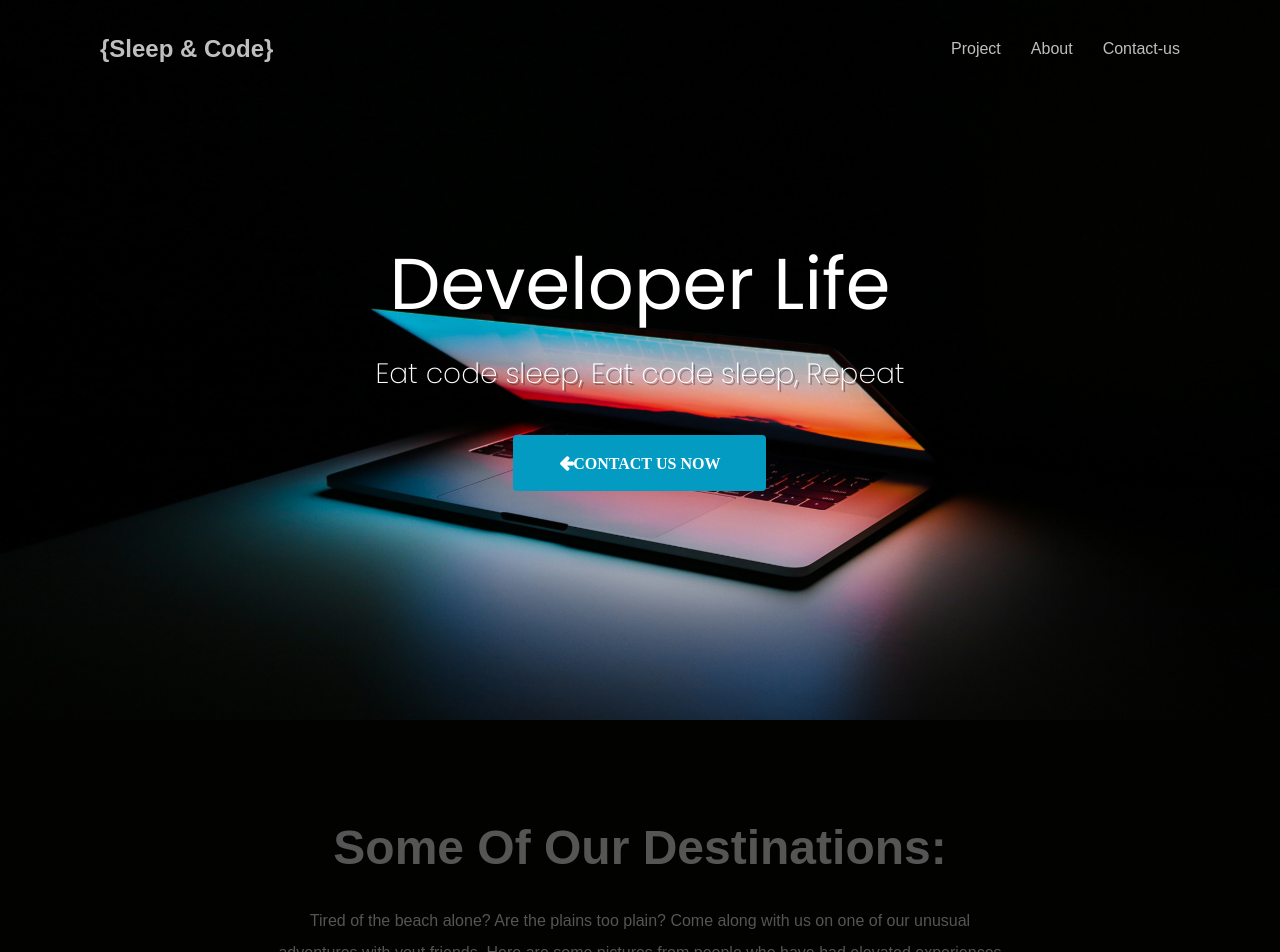
Repository: Samkiroko/Techcamp-html
Page: index.html
These files come from the project's save history. The page is drawn as it stood at one moment and after the next save; the edit follows.
The browser window is 1280 px wide. The pictures show the part of the page from y = 0 to 952 px (the page is 4704 px tall).

Above is the page before, as saved 2021-08-05 16:42:32.
Not found: assets/css/styles.css

### index.html
<!DOCTYPE html>
<html lang="en">

<head>
    <meta charset="UTF-8">
    <title>Tech Camp start-up</title>
    <link rel="stylesheet" href="./style.css">

</head>


<!-- partial:index.partial.html -->
<link rel="preconnect" href="https://fonts.googleapis.com">
<link rel="preconnect" href="https://fonts.gstatic.com" crossorigin>
<link href="https://fonts.googleapis.com/css2?family=Poppins:wght@200;400;600&display=swap" rel="stylesheet">
<link rel="stylesheet" href="https://maxcdn.bootstrapcdn.com/font-awesome/4.7.0/css/font-awesome.min.css">
<link rel="stylesheet" href="assets/css/styles.css">
</head>


<!-- Forked from a template on Tutorialzine: https://tutorialzine.com/2016/06/freebie-landing-page-template-with-flexbox -->
<header>
    <h2><a href="#">{Sleep & Code}</a></h2>
    <nav>
        <li><a href="#">Project</a></li>
        <li><a href="#">About</a></li>
        <li><a href="#">Contact-us</a></li>
    </nav>
</header>

<section class="hero">
    <div class="background-image"></div>
    <div class="hero-content-area">
        <h1>Developer Life</h1>
        <h3>Eat code sleep, Eat code sleep, Repeat</h3>
        <a href="#" class="btn fa fa-arrow-left">Contact Us Now</a>
    </div>
</section>

<section class="destinations">
    <h3 class="title">Some of our destinations:</h3>
    <p>Tired of the beach alone? Are the plains too plain? Come along with us on one of our unusual adventures with yout friends. Here are some pictures from people who have had elevated experiences with us.</p>
    <hr>

    <ul class="grid">
        <li class="small image-1"></li>
        <li class="large image-2"></li>
        <li class="large image-3"></li>
        <li class="small image-4"></li>
    </ul>
</section>

<section class="packages">
    <h3 class="title">Tour Packages</h3>
    <p>We offer a variety of group (minimum 5 people) packages. Whether you've spent some summers together or this might be your first adventure, we've got the perfect vacation for you.</p>
    <hr>

    <ul class="grid">
        <li>
            <i class="fa fa-compass fa-4x"></i>
            <h4>Guided Trips</h4>
            <p>Looking for the complete experience? Take a tour with one of our experts. They'll show you secrets that you're likely to miss otherwise.</p>
        </li>
        <li>
            <i class="fa fa-camera-retro fa-4x"></i>
            <h4>Photo Trips</h4>
            <p>Want to experience nature's beauty without all of that annoying exercise? Take a photo tour on one of our <em>Life is a party!</em> buses.</p>
        </li>
        <li>
            <i class="fa fa-bicycle fa-4x"></i>
            <h4>Biking Trips</h4>
            <p>If bicycles are more your speed, consider taking a tour through one of our mountain or city bike paths. We'll provide the bikes, and lunch too!</p>
        </li>
        <li>
            <i class="fa fa-flag-checkered fa-4x"></i>
            <h4>Racing Trips</h4>
            <p>Got a competitive spirit? Sign up for one of our challenge-based marathons! Try to reach the summit before any other group.</p>
        </li>
    </ul>
</section>

<section class="testimonials">
    <h3 class="title">Testimonials from our adventurers:</h3>
    <hr>
    <p class="quote">Wow! This tour made me realize how much I love being outside with my friends. After going on one of these tours, I can safely say that beer pong is my favorite game all time, also the cultural programs were really interesting!</p>
    <p class="author">- Albert Herter</p>
    <p class="quote">Wow, this really blew my mind. We had so much fun at the beach, and also some hidden secrets revealed. Come on, I'm living in this city for 5 years. Amazing!</p>
    <p class="author">- Sharon Rosenberg</p>
    <p class="quote">If you want to understand your friends better, head to the mountains. I mean, seriously. It's like sitting next to a campfire and just talk in the sunset, woah. You know? It's like that.</p>
    <p class="author">- Luis Mendoza</p>
</section>

<section class="contact">
    <h3 class="title">Learn more</h3>
    <p>Want to know about our upcoming events, or come to one of our mixers? Just sign up for our mailing list. No spam from us, we promise! Except for the spam we give you to keep up your energy while you're having fun with your friends. Have a blast! We
        have tons of that.</p>
    <hr>
    <form>
        <input type="email" placeholder="Email">
        <a href="#" class="btn">Subscribe now</a>
    </form>
</section>

<footer>
    <p>Images courtesy of <a href="http://unsplash.com/">unsplash</a>.</p>
    <p>Why are you even reading this?! There's never anything interesting in the footer!</p>
    <ul>
        <li><a href="#"><i class="fa fa-twitter-square fa-2x"></i></a></li>
        <li><a href="#"><i class="fa fa-facebook-square fa-2x"></i></a></li>
        <li><a href="#"><i class="fa fa-snapchat-square fa-2x"></i></a></li>
    </ul>
</footer>
<!-- partial -->

</body>

</html>

### style.css
/*General Styles*/

* {
    margin: 0;
    padding: 0;
    box-sizing: border-box;
}

body {
    background: #020200;
}

html {
    font-size: 16px;
    font-family: 'Raleway', sans-serif;
    color: #555;
}

ul,
nav {
    list-style: none;
}

a {
    text-decoration: none;
    opacity: 0.75;
    color: #fff;
}

a:hover {
    opacity: 1;
}

a.btn {
    border-radius: 4px;
    text-transform: uppercase;
    font-weight: bold;
    text-align: center;
    background-color: #039bc2;
    opacity: 1;
    transition: all 400ms;
}

a.btn:hover {
    background-color: #ce5856;
}

section {
    display: flex;
    flex-direction: column;
    align-items: center;
    padding: 100px 80px;
}

section:not(.hero):nth-child(even) {
    background-color: #f5f5f5;
}

.grid {
    width: 100%;
    display: flex;
    flex-wrap: wrap;
    justify-content: center;
}

hr {
    width: 250px;
    height: 3px;
    background-color: #039bc2;
    border: 0;
    margin-bottom: 50px;
}


/*
.image-1 {
    background-image: url('https://images.unsplash.com/photo-1505852903341-fc8d3db10436?ixlib=rb-0.3.5&q=80&fm=jpg&crop=entropy&cs=tinysrgb&w=1600&h=900&fit=crop&s=e2f72e62d5f4f04256dd9305d5f51f3c');
}

.image-2 {
    background-image: url('https://images.unsplash.com/photo-1475483768296-6163e08872a1?ixlib=rb-0.3.5&q=80&fm=jpg&crop=entropy&cs=tinysrgb&w=1600&h=900&fit=crop&s=20b3b1c3caef8c619ac3c75c07a7eafb');
}

.image-3 {
    background-image: url('https://images.unsplash.com/photo-1490576198307-6ff97609a0cc?ixlib=rb-0.3.5&q=80&fm=jpg&crop=entropy&cs=tinysrgb&w=1600&h=900&fit=crop&s=a0dbd168637edc2cfdac3715ab23d519');
}

.image-4 {
    background-image: url('https://images.unsplash.com/photo-1505483531331-fc3cf89fd382?ixlib=rb-0.3.5&q=80&fm=jpg&crop=entropy&cs=tinysrgb&w=1600&h=900&fit=crop&s=4f305bbc0243f81f1bf6053a62d76297');
} */

section h3.title {
    text-transform: capitalize;
    font: bold 48px 'Amatic SC', sans-serif;
    margin-bottom: 30px;
    text-align: center;
}

section p {
    max-width: 775px;
    line-height: 2;
    padding: 0 20px;
    margin-bottom: 30px;
    text-align: center;
}

@media (max-width: 800px) {
    section {
        padding: 50px 20px;
    }
}


/*Header Styles*/

header {
    position: absolute;
    width: 100%;
    display: flex;
    justify-content: space-between;
    align-items: center;
    padding: 35px 100px 0;
    animation: 1s fadein 0.5s forwards;
    opacity: 0;
    color: #fff;
    z-index: 2;
}

@keyframes fadein {
    100% {
        opacity: 1;
    }
}

header h2 {
    font-family: 'Amatic SC', sans-serif;
}

header nav {
    display: flex;
    margin-right: -15px;
}

header nav li {
    margin: 0 15px;
}

@media (max-width: 800px) {
    header {
        padding: 20px 50px;
        flex-direction: column;
    }
    header h2 {
        margin-bottom: 15px;
    }
}


/*Hero Styles*/

.hero {
    position: relative;
    justify-content: center;
    text-align: center;
    min-height: 100vh;
    color: #fff;
}

.hero .background-image {
    position: absolute;
    top: 0;
    left: 0;
    width: 100%;
    height: 100%;
    background-image: url('img/hp.jpg');
    background-size: cover;
    z-index: -1;
    background-color: #80a3db;
}

.hero h1 {
    font: 72px 'Amatic SC', sans-serif;
    text-shadow: 2px 2px rgba(0, 0, 0, 0.3);
    margin-bottom: 15px;
}

.hero h3 {
    font: 28px 'Raleway', sans-serif;
    font-weight: 300;
    text-shadow: 2px 2px rgba(0, 0, 0, 0.3);
    margin-bottom: 40px;
}

.hero a.btn {
    padding: 20px 46px;
}

.hero-content-area {
    opacity: 0;
    margin-top: 100px;
    animation: 1s slidefade 1s forwards;
}

@keyframes slidefade {
    100% {
        opacity: 1;
        margin: 0;
    }
}

@media (max-width: 800px) {
    .hero {
        min-height: 600px;
    }
    .hero h1 {
        font-size: 48px;
    }
    .hero h3 {
        font-size: 24px;
    }
    .hero a.btn {
        padding: 15px 40px;
    }
}


/*Destinations Section*/

.destinations .grid li {
    height: 350px;
    padding: 20px;
    background-clip: content-box;
    background-size: cover;
    background-position: center;
}

.destinations .grid li.small {
    flex-basis: 30%;
}

.destinations .grid li.large {
    flex-basis: 70%;
}

@media (max-width: 1100px) {
    .destinations .grid li.small,
    .destinations .grid li.large {
        flex-basis: 50%;
    }
}

@media (max-width: 800px) {
    .destinations .grid li.small,
    .destinations .grid li.large {
        flex-basis: 100%;
    }
}


/*Packages Section*/

.packages .grid li {
    padding: 50px;
    flex-basis: 50%;
    text-align: center;
}

.packages .grid li i {
    color: #039bc2;
}

.packages .grid li h4 {
    font-size: 30px;
    margin: 25px 0;
}

@media (max-width: 800px) {
    .packages .grid li {
        flex-basis: 100%;
        padding: 20px;
    }
}


/*Testimonials Section*/

.testimonials .quote {
    font-size: 22px;
    font-weight: 300;
    line-height: 1.5;
    margin: 40px 0 25px;
}

@media (max-width: 800px) {
    .testimonials .quote {
        font-size: 18px;
        margin: 15px 0;
    }
    .testimonials .author {
        font-size: 14px;
    }
}


/*Contact Section*/

.contact form {
    display: flex;
    align-items: center;
    justify-content: center;
    flex-wrap: wrap;
    width: 60%;
}

.contact form .btn {
    padding: 18px 42px;
}

.contact form input {
    padding: 15px;
    margin-right: 30px;
    font-size: 18px;
    color: #555;
    flex: 1;
}

@media (max-width: 1000px) {
    .contact form input {
        flex-basis: 100%;
        margin: 0 0 20px 0;
    }
}


/*Footer Section*/

footer {
    display: flex;
    align-items: center;
    justify-content: space-around;
    background-color: #555;
    color: #fff;
    padding: 20px 0;
}

footer ul {
    display: flex;
}

footer ul li {
    margin-left: 16px;
}

footer p {
    text-transform: uppercase;
    font-size: 14px;
    opacity: 0.6;
    align-self: center;
}

@media (max-width: 1100px) {
    footer {
        flex-direction: column;
    }
    footer p {
        text-align: center;
        margin-bottom: 20px;
    }
    footer ul li {
        margin: 0 8px;
    }
}


/*General Styles*/

* {
    margin: 0;
    padding: 0;
    box-sizing: border-box;
}

html {
    font-size: 16px;
    font-family: 'Raleway', sans-serif;
    color: #555;
}

ul,
nav {
    list-style: none;
}

a {
    text-decoration: none;
    opacity: 0.75;
    color: #fff;
}

a:hover {
    opacity: 1;
}

a.btn {
    border-radius: 4px;
    text-transform: uppercase;
    font-weight: bold;
    text-align: center;
    background-color: #039bc2;
    opacity: 1;
    transition: all 400ms;
}

a.btn:hover {
    background-color: #ce5856;
}

section {
    display: flex;
    flex-direction: column;
    align-items: center;
    padding: 100px 80px;
}

section:not(.hero):nth-child(even) {
    background-color: #f5f5f5;
}

.grid {
    width: 100%;
    display: flex;
    flex-wrap: wrap;
    justify-content: center;
}

hr {
    width: 250px;
    height: 3px;
    background-color: #039bc2;
    border: 0;
    margin-bottom: 50px;
}

.image-1 {
    background-image: url('https://images.unsplash.com/photo-1505852903341-fc8d3db10436?ixlib=rb-0.3.5&q=80&fm=jpg&crop=entropy&cs=tinysrgb&w=1600&h=900&fit=crop&s=e2f72e62d5f4f04256dd9305d5f51f3c');
}

.image-2 {
    background-image: url('https://images.unsplash.com/photo-1475483768296-6163e08872a1?ixlib=rb-0.3.5&q=80&fm=jpg&crop=entropy&cs=tinysrgb&w=1600&h=900&fit=crop&s=20b3b1c3caef8c619ac3c75c07a7eafb');
}

.image-3 {
    background-image: url('https://images.unsplash.com/photo-1490576198307-6ff97609a0cc?ixlib=rb-0.3.5&q=80&fm=jpg&crop=entropy&cs=tinysrgb&w=1600&h=900&fit=crop&s=a0dbd168637edc2cfdac3715ab23d519');
}

.image-4 {
    background-image: url('https://images.unsplash.com/photo-1505483531331-fc3cf89fd382?ixlib=rb-0.3.5&q=80&fm=jpg&crop=entropy&cs=tinysrgb&w=1600&h=900&fit=crop&s=4f305bbc0243f81f1bf6053a62d76297');
}

section h3.title {
    text-transform: capitalize;
    font: bold 48px 'Amatic SC', sans-serif;
    margin-bottom: 30px;
    text-align: center;
}

section p {
    max-width: 775px;
    line-height: 2;
    padding: 0 20px;
    margin-bottom: 30px;
    text-align: center;
}

@media (max-width: 800px) {
    section {
        padding: 50px 20px;
    }
}


/*Header Styles*/

header {
    position: absolute;
    width: 100%;
    display: flex;
    justify-content: space-between;
    align-items: center;
    padding: 35px 100px 0;
    animation: 1s fadein 0.5s forwards;
    opacity: 0;
    color: #fff;
    z-index: 2;
}

@keyframes fadein {
    100% {
        opacity: 1;
    }
}

header h2 {
    font-family: 'Amatic SC', sans-serif;
}

header nav {
    display: flex;
    margin-right: -15px;
}

header nav li {
    margin: 0 15px;
}

@media (max-width: 800px) {
    header {
        padding: 20px 50px;
        flex-direction: column;
    }
    header h2 {
        margin-bottom: 15px;
    }
}


/*Hero Styles*/

.hero {
    position: relative;
    justify-content: center;
    text-align: center;
    min-height: 100vh;
    color: #fff;
}

.hero .background-image {
    position: absolute;
    top: 0;
    left: 0;
    width: 100%;
    height: 100%;
    background-image: url('img/hp.jpg');
    background-size: cover;
    z-index: -1;
    background-color: #80a3db;
}

.hero h1 {
    font: 72px 'Poppins', sans-serif;
    text-shadow: 2px 2px rgba(0, 0, 0, 0.3);
    margin-bottom: 15px;
}

.hero h3 {
    font: 28px 'Poppins', sans-serif;
    font-weight: 300;
    text-shadow: 2px 2px rgba(0, 0, 0, 0.3);
    margin-bottom: 40px;
}

.hero a.btn {
    padding: 20px 46px;
}

.hero-content-area {
    opacity: 0;
    margin-top: 100px;
    animation: 1s slidefade 1s forwards;
}

@keyframes slidefade {
    100% {
        opacity: 1;
        margin: 0;
    }
}

@media (max-width: 800px) {
    .hero {
        min-height: 600px;
    }
    .hero h1 {
        font-size: 48px;
    }
    .hero h3 {
        font-size: 24px;
    }
    .hero a.btn {
        padding: 15px 40px;
    }
}


/*Destinations Section*/

.destinations .grid li {
    height: 350px;
    padding: 20px;
    background-clip: content-box;
    background-size: cover;
    background-position: center;
}

.destinations .grid li.small {
    flex-basis: 30%;
}

.destinations .grid li.large {
    flex-basis: 70%;
}

@media (max-width: 1100px) {
    .destinations .grid li.small,
    .destinations .grid li.large {
        flex-basis: 50%;
    }
}

@media (max-width: 800px) {
    .destinations .grid li.small,
    .destinations .grid li.large {
        flex-basis: 100%;
    }
}


/*Packages Section*/

.packages .grid li {
    padding: 50px;
    flex-basis: 50%;
    text-align: center;
}

.packages .grid li i {
    color: #039bc2;
}

.packages .grid li h4 {
    font-size: 30px;
    margin: 25px 0;
}

@media (max-width: 800px) {
    .packages .grid li {
        flex-basis: 100%;
        padding: 20px;
    }
}


/*Testimonials Section*/

.testimonials .quote {
    font-size: 22px;
    font-weight: 300;
    line-height: 1.5;
    margin: 40px 0 25px;
}

@media (max-width: 800px) {
    .testimonials .quote {
        font-size: 18px;
        margin: 15px 0;
    }
    .testimonials .author {
        font-size: 14px;
    }
}


/*Contact Section*/

.contact form {
    display: flex;
    align-items: center;
    justify-content: center;
    flex-wrap: wrap;
    width: 60%;
}

.contact form .btn {
    padding: 18px 42px;
}

.contact form input {
    padding: 15px;
    margin-right: 30px;
    font-size: 18px;
    color: #555;
    flex: 1;
}

@media (max-width: 1000px) {
    .contact form input {
        flex-basis: 100%;
        margin: 0 0 20px 0;
    }
}


/*Footer Section*/

footer {
    display: flex;
    align-items: center;
    justify-content: space-around;
    background-color: #555;
    color: #fff;
    padding: 20px 0;
}

footer ul {
    display: flex;
}

footer ul li {
    margin-left: 16px;
}

footer p {
    text-transform: uppercase;
    font-size: 14px;
    opacity: 0.6;
    align-self: center;
}

@media (max-width: 1100px) {
    footer {
        flex-direction: column;
    }
    footer p {
        text-align: center;
        margin-bottom: 20px;
    }
    footer ul li {
        margin: 0 8px;
    }
}

After the next save:
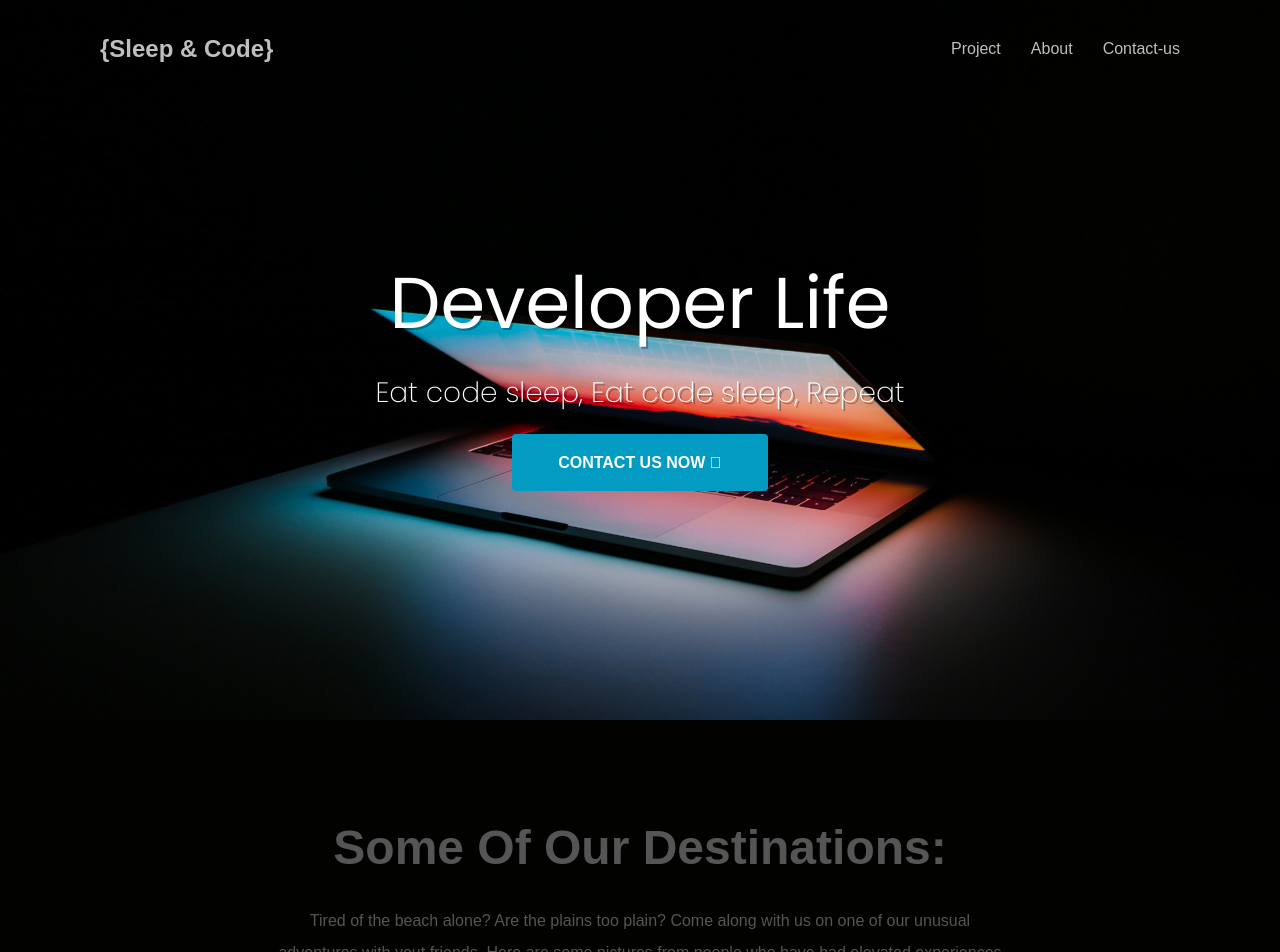
Saved 77 s later.
--- a/index.html
+++ b/index.html
@@ -33,7 +33,7 @@
     <div class="hero-content-area">
         <h1>Developer Life</h1>
         <h3>Eat code sleep, Eat code sleep, Repeat</h3>
-        <a href="#" class="btn fa fa-arrow-left">Contact Us Now</a>
+        <a href="#" class="btn ">Contact Us Now <span class="fa-arrow-right"></span></a>
     </div>
 </section>
 
